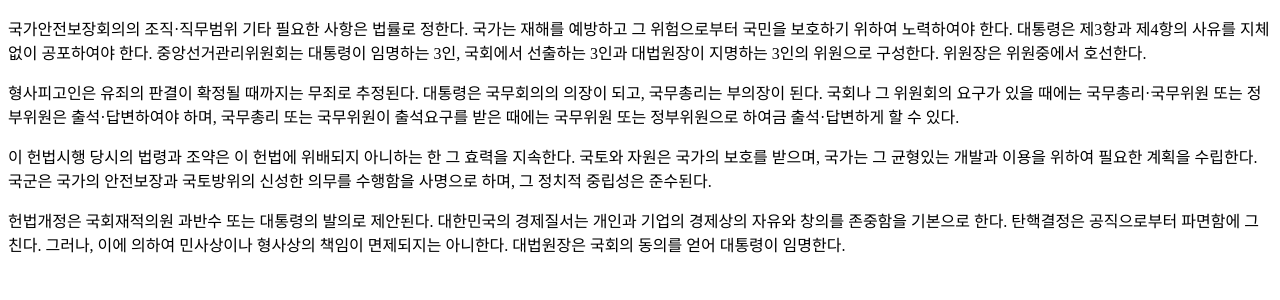
Repository: AkaKSR/Java_Convergence_New
Page: HTML0826/WebContent/Ex05.html
The author's editor kept a copy of each file at every save. The page is drawn from the files as they stood at one save, then again after the next save.
The browser window is 1280 px wide. The pictures show the whole page.

Above is the page before, as saved 2019-08-26 07:00:56.

### HTML0826/WebContent/Ex05.html
<!DOCTYPE html>
<html>
<head>
<meta charset="UTF-8">
<title>Insert title here</title>
</head>
<body>
	<p>국가안전보장회의의 조직·직무범위 기타 필요한 사항은 법률로 정한다. 국가는 재해를 예방하고 그 위험으로부터 국민을
		보호하기 위하여 노력하여야 한다. 대통령은 제3항과 제4항의 사유를 지체없이 공포하여야 한다. 중앙선거관리위원회는 대통령이
		임명하는 3인, 국회에서 선출하는 3인과 대법원장이 지명하는 3인의 위원으로 구성한다. 위원장은 위원중에서 호선한다.</p>

	<p>형사피고인은 유죄의 판결이 확정될 때까지는 무죄로 추정된다. 대통령은 국무회의의 의장이 되고, 국무총리는 부의장이
		된다. 국회나 그 위원회의 요구가 있을 때에는 국무총리·국무위원 또는 정부위원은 출석·답변하여야 하며, 국무총리 또는
		국무위원이 출석요구를 받은 때에는 국무위원 또는 정부위원으로 하여금 출석·답변하게 할 수 있다.</p>

	<p>이 헌법시행 당시의 법령과 조약은 이 헌법에 위배되지 아니하는 한 그 효력을 지속한다. 국토와 자원은 국가의 보호를
		받으며, 국가는 그 균형있는 개발과 이용을 위하여 필요한 계획을 수립한다. 국군은 국가의 안전보장과 국토방위의 신성한 의무를
		수행함을 사명으로 하며, 그 정치적 중립성은 준수된다.</p>

	<p>헌법개정은 국회재적의원 과반수 또는 대통령의 발의로 제안된다. 대한민국의 경제질서는 개인과 기업의 경제상의 자유와
		창의를 존중함을 기본으로 한다. 탄핵결정은 공직으로부터 파면함에 그친다. 그러나, 이에 의하여 민사상이나 형사상의 책임이
		면제되지는 아니한다. 대법원장은 국회의 동의를 얻어 대통령이 임명한다.</p>

</body>
</html>

After the next save:
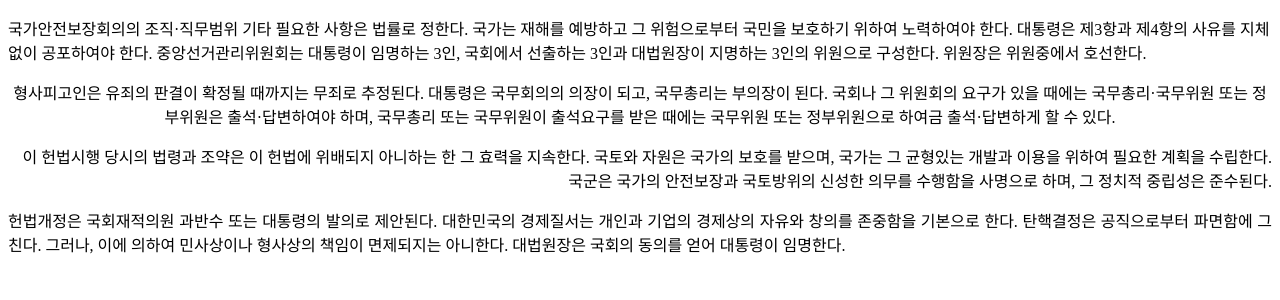
Saved 2 min 49 s later.
--- a/HTML0826/WebContent/Ex05.html
+++ b/HTML0826/WebContent/Ex05.html
@@ -5,19 +5,19 @@
 <title>Insert title here</title>
 </head>
 <body>
-	<p>국가안전보장회의의 조직·직무범위 기타 필요한 사항은 법률로 정한다. 국가는 재해를 예방하고 그 위험으로부터 국민을
+	<p align="left">국가안전보장회의의 조직·직무범위 기타 필요한 사항은 법률로 정한다. 국가는 재해를 예방하고 그 위험으로부터 국민을
 		보호하기 위하여 노력하여야 한다. 대통령은 제3항과 제4항의 사유를 지체없이 공포하여야 한다. 중앙선거관리위원회는 대통령이
 		임명하는 3인, 국회에서 선출하는 3인과 대법원장이 지명하는 3인의 위원으로 구성한다. 위원장은 위원중에서 호선한다.</p>
 
-	<p>형사피고인은 유죄의 판결이 확정될 때까지는 무죄로 추정된다. 대통령은 국무회의의 의장이 되고, 국무총리는 부의장이
+	<p align="center">형사피고인은 유죄의 판결이 확정될 때까지는 무죄로 추정된다. 대통령은 국무회의의 의장이 되고, 국무총리는 부의장이
 		된다. 국회나 그 위원회의 요구가 있을 때에는 국무총리·국무위원 또는 정부위원은 출석·답변하여야 하며, 국무총리 또는
 		국무위원이 출석요구를 받은 때에는 국무위원 또는 정부위원으로 하여금 출석·답변하게 할 수 있다.</p>
 
-	<p>이 헌법시행 당시의 법령과 조약은 이 헌법에 위배되지 아니하는 한 그 효력을 지속한다. 국토와 자원은 국가의 보호를
+	<p align="right">이 헌법시행 당시의 법령과 조약은 이 헌법에 위배되지 아니하는 한 그 효력을 지속한다. 국토와 자원은 국가의 보호를
 		받으며, 국가는 그 균형있는 개발과 이용을 위하여 필요한 계획을 수립한다. 국군은 국가의 안전보장과 국토방위의 신성한 의무를
 		수행함을 사명으로 하며, 그 정치적 중립성은 준수된다.</p>
 
-	<p>헌법개정은 국회재적의원 과반수 또는 대통령의 발의로 제안된다. 대한민국의 경제질서는 개인과 기업의 경제상의 자유와
+	<p align="justify">헌법개정은 국회재적의원 과반수 또는 대통령의 발의로 제안된다. 대한민국의 경제질서는 개인과 기업의 경제상의 자유와
 		창의를 존중함을 기본으로 한다. 탄핵결정은 공직으로부터 파면함에 그친다. 그러나, 이에 의하여 민사상이나 형사상의 책임이
 		면제되지는 아니한다. 대법원장은 국회의 동의를 얻어 대통령이 임명한다.</p>
 
